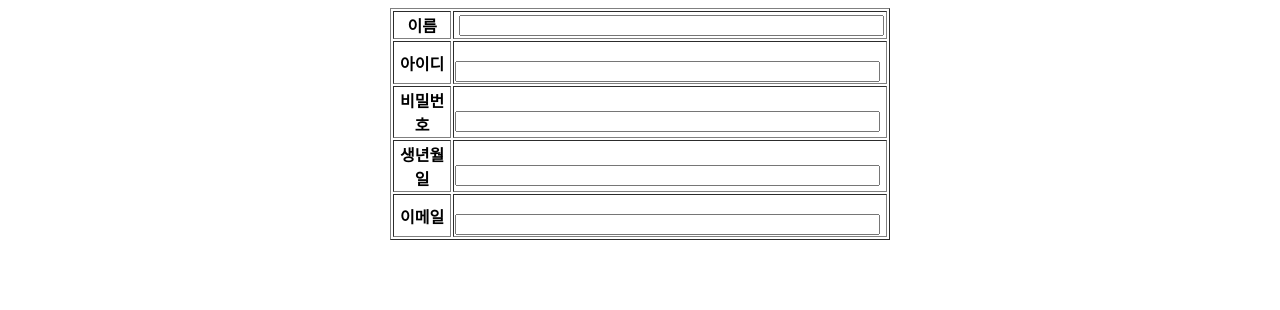
Repository: munjungbae/JspStudy
Page: jspStudy/src/main/webapp/bbs/register.html
These files come from the project's save history. The page is drawn as it stood at one moment and after the next save; the edit follows.
The browser window is 1280 px wide. The pictures show the whole page.

Above is the page before, as saved 2024-12-03 08:47:11.

After the next save:
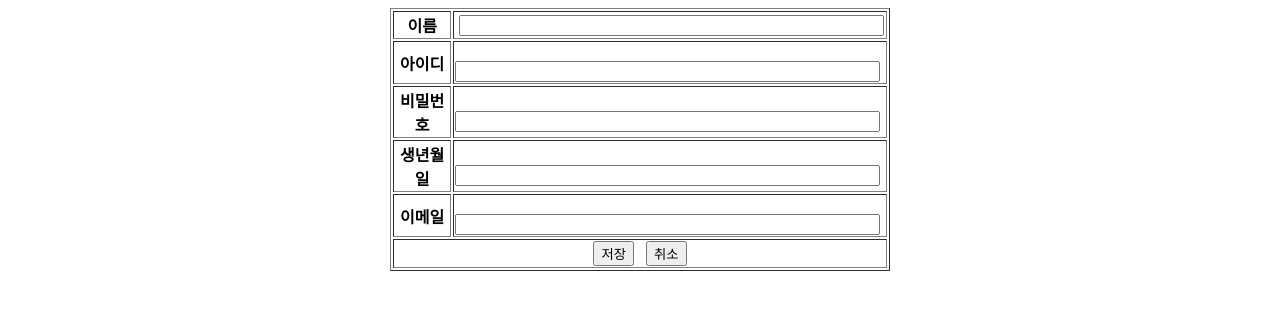
Saved 101 s later.
--- a/jspStudy/src/main/webapp/bbs/register.html
+++ b/jspStudy/src/main/webapp/bbs/register.html
@@ -32,8 +32,13 @@
 				<th width="70">이메일</th>
 				<td>&nbsp; <input type="email" name="email" size="50">
 				</td>
-			</tr>
-		</table>
+			<tr>
+         <td colspan="2" align="center">
+           <input type="submit" value="저장">&nbsp;&nbsp;
+           <input type="reset" value="취소">
+         </td>
+         </tr>
+</table>
 	</form>
 </body>
 </html>
